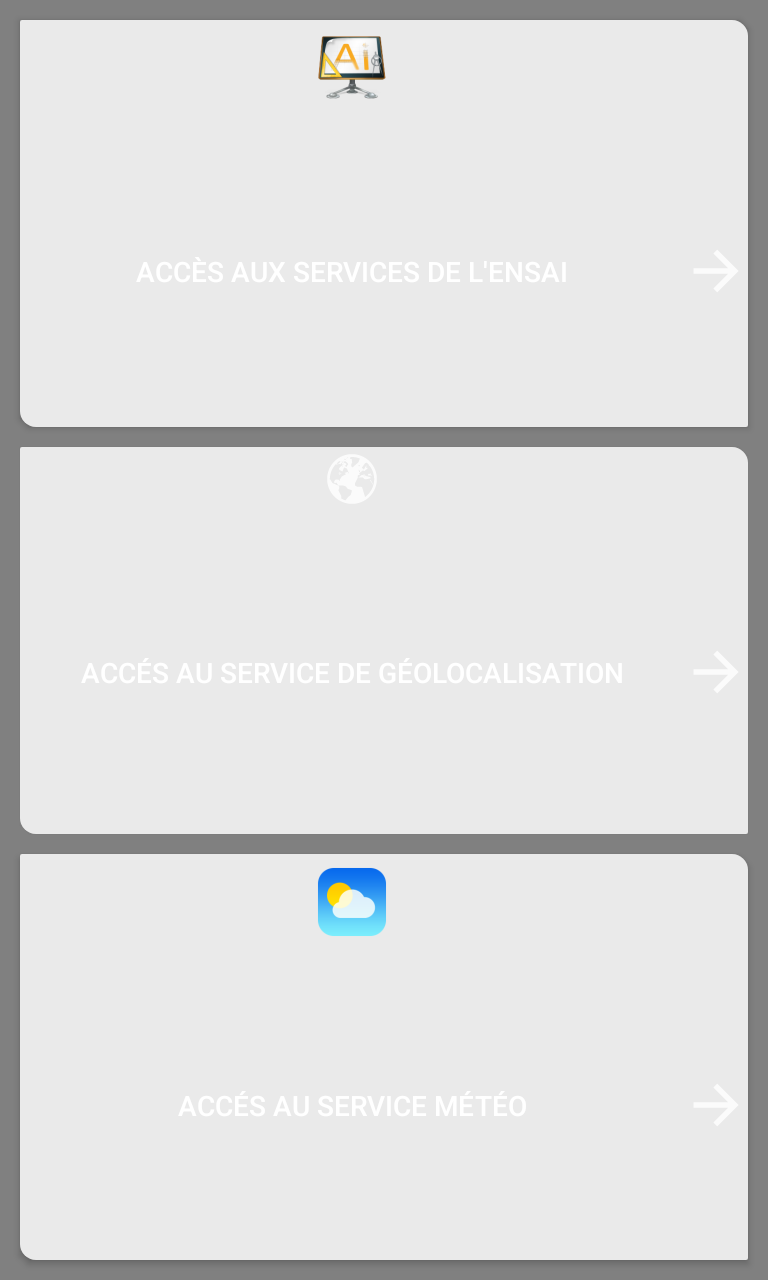
Repository: cpluuuusplus/WhoWantsKitKat
Layout: AppliPlus/res/layout/activity_menu_principal.xml
The author's editor kept a copy of each file at every save. The layout is drawn from the files as they stood at one save, then again after the next save.
It is drawn on a 768 x 1280 px phone screen (xhdpi) without system bars, with theme Theme.AppCompat.Light; the app's code is not run.

Above is the layout before, as saved 2014-05-12 15:40:50.

After the next save:
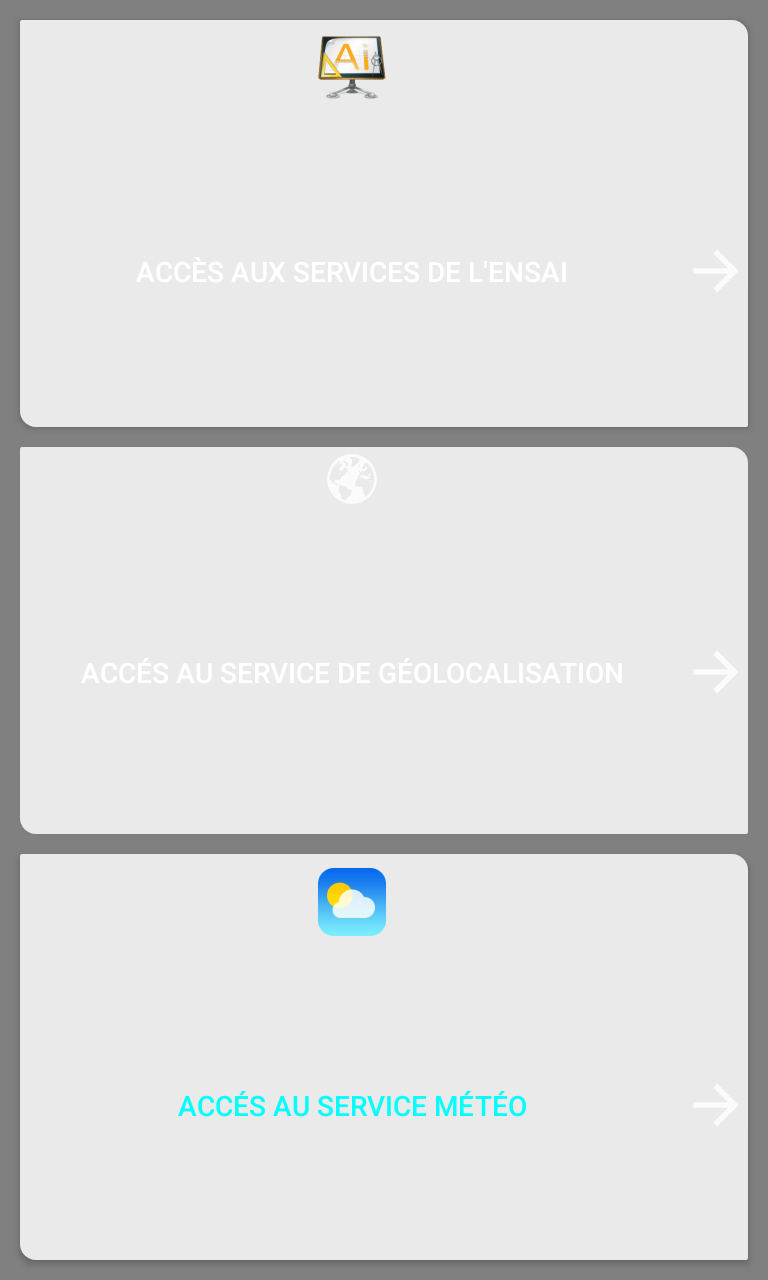
Saved 91 s later.
--- a/AppliPlus/res/layout/activity_menu_principal.xml
+++ b/AppliPlus/res/layout/activity_menu_principal.xml
@@ -46,6 +46,6 @@
         android:drawableTop="@drawable/weather"
         android:onClick="meteo"
         android:text="@string/meteo"
-        android:textColor="@color/white" />
+        android:textColor="@color/aqua" />
 
 </LinearLayout>
